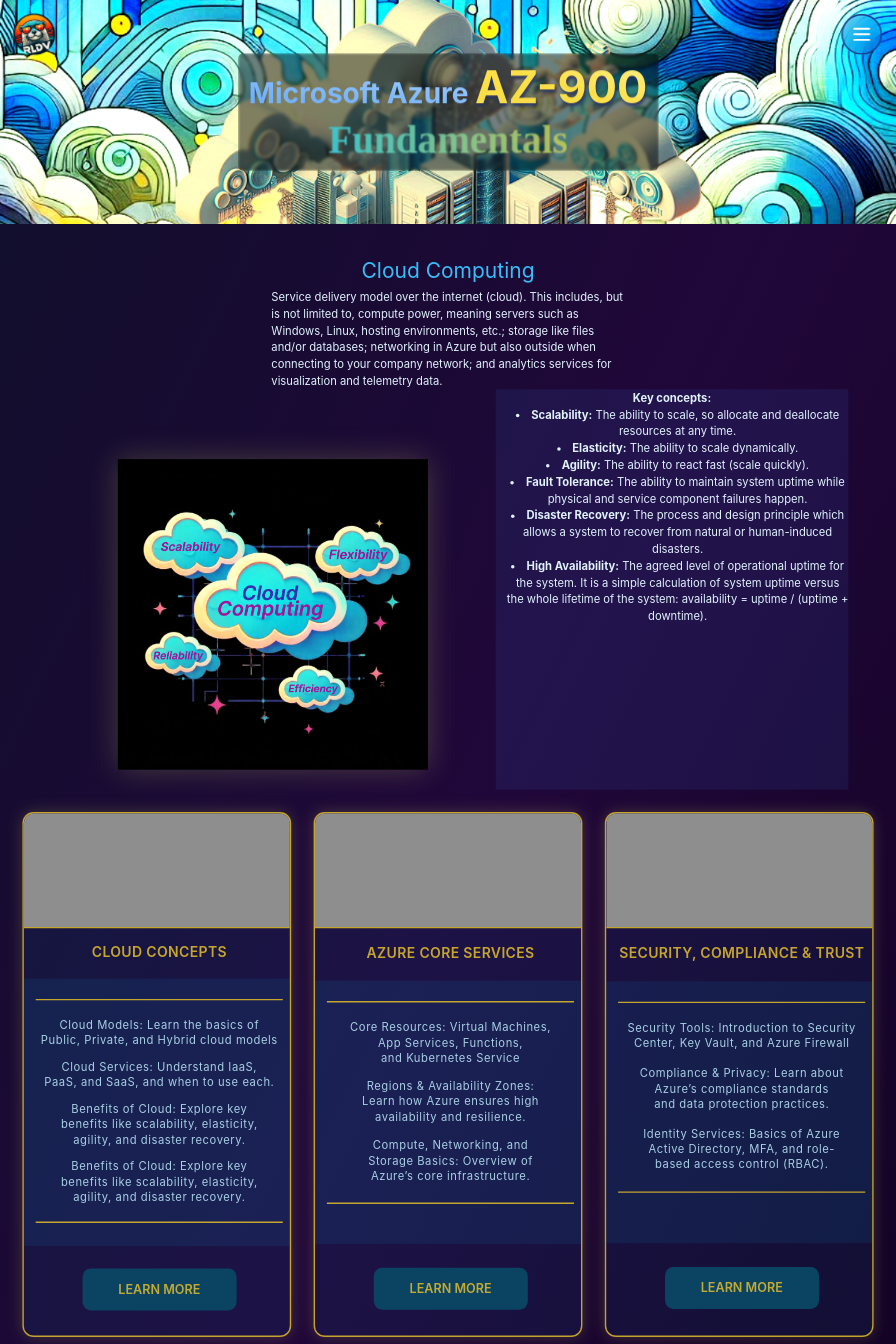
Repository: Freezler/az-900_svelte5
Page: /
An editor plug-in stored every save of this project. The page is shown before and after the next save, followed by the edit.
The browser window is 1280 px wide. The pictures show the part of the page from y = 0 to 1920 px (the page is 2638 px tall), at 70% of full size.
Pictures or frames that could not be fetched are drawn as grey boxes. The project was rebuilt for these pictures with package versions that can differ from the ones it lists, and the page was loaded fresh each time. The framework's server and built-in components were replaced by stand-ins that run in the browser. Also part of the build but not shown: vite.config.ts.

Above is the page before, as saved 2024-11-10 10:41:38.

After the next save:
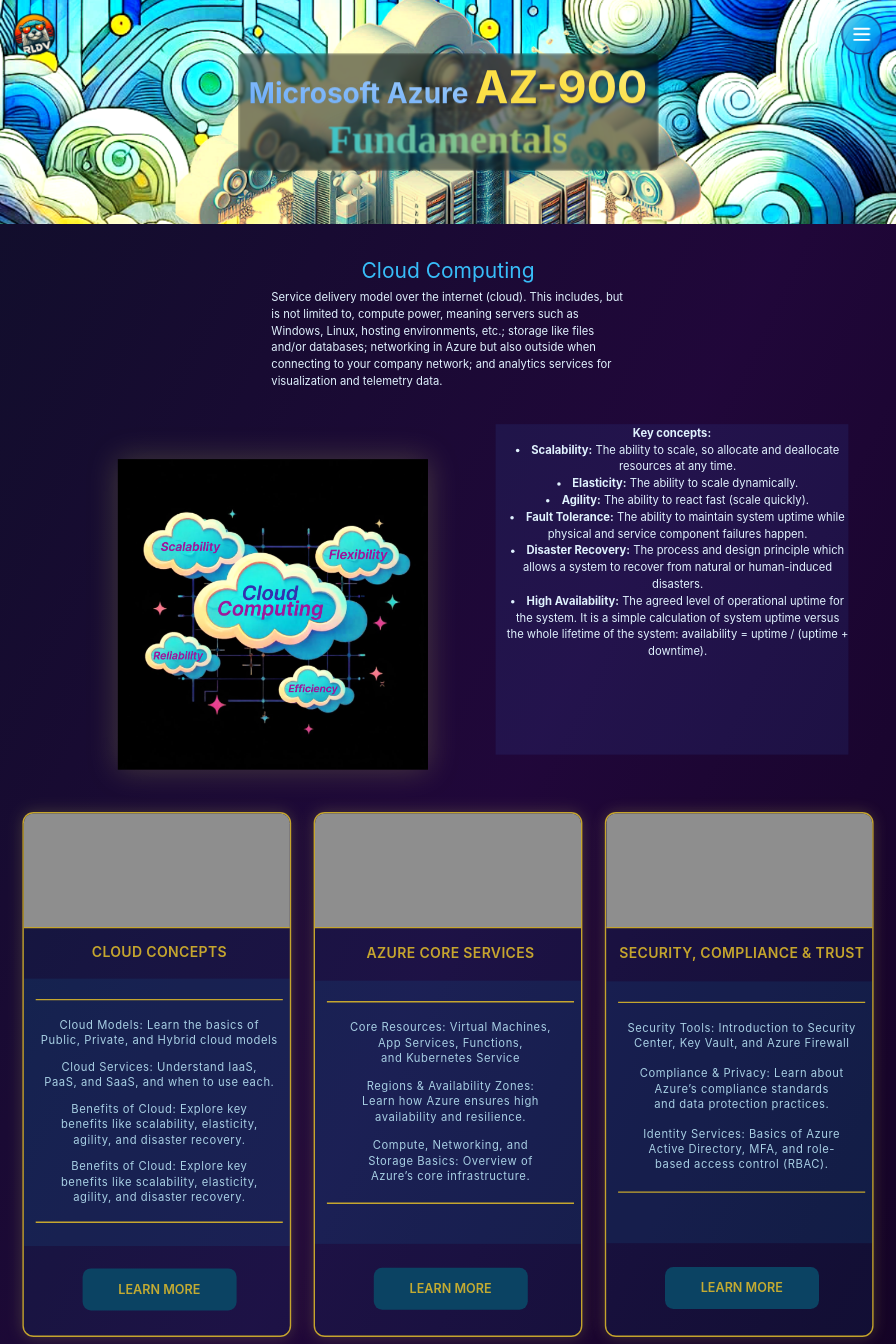
Saved 8 s later.
--- a/src/components/ComputingArticle.svelte
+++ b/src/components/ComputingArticle.svelte
@@ -17,7 +17,7 @@
 		class=" text-sky-100 drop-shadow-[0_0px_22px_rgba(255,255,99,0.2)] w-[572px] place-self-end"
 	/>
 	<article
-		class=" bg-blue-500/10  text-sky-100 lg:max-w-[50ch] w-[572px] h-[572px] "
+		class=" bg-blue-500/10  text-sky-100 lg:max-w-[50ch] w-[572px] h-[472px] "
 	>
 		<p><strong>Key concepts:</strong></p>
 		<ul class="list-inside list-disc pl-4">
